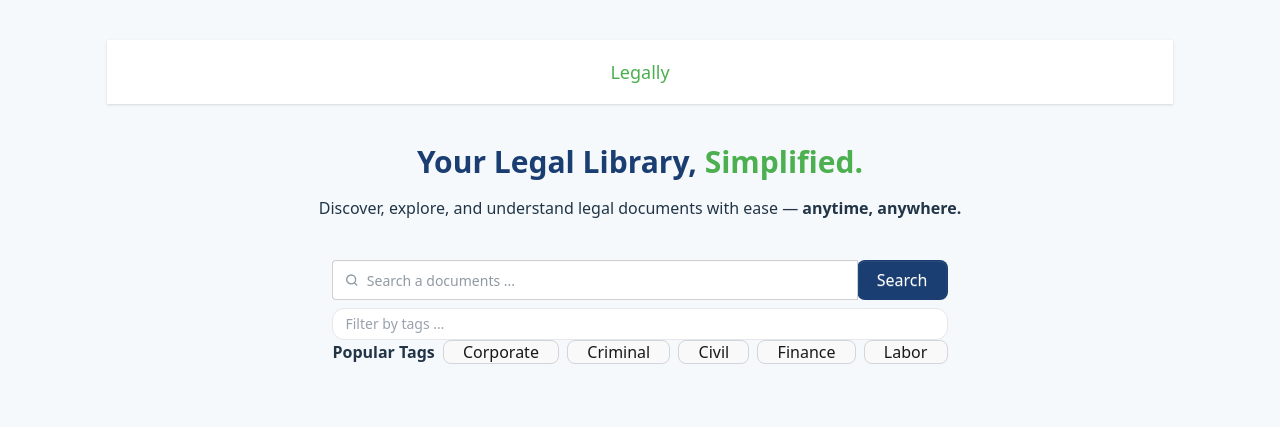
Repository: OdinPie/legal-search-acmeai
Page: / (app in legal-frontend/)
An editor plug-in stored every save of this project. The page is shown before and after a run of saves, followed by the edit.
The browser window is 1280 px wide. The pictures show the whole page.
The project was rebuilt for these pictures with package versions that can differ from the ones it lists, and the page was loaded fresh each time. Also part of the build but not shown: legal-frontend/vite.config.js.

Above is the page before, as saved 2025-11-05 23:55:33.

### legal-frontend/index.html
<!doctype html>
<html lang="en">
  <head>
    <meta charset="UTF-8" />
    <link rel="icon" type="image/svg+xml" href="/vite.svg" />
    <meta name="viewport" content="width=device-width, initial-scale=1.0" />
    <title>legal-frontend</title>
  </head>
  <body>
    <div id="root"></div>
    <script type="module" src="/src/main.jsx"></script>
  </body>
</html>

### legal-frontend/src/App.jsx
import './App.css'
import Home from './pages/Home'

function App() {

  return (
    <>
      <Home></Home>
    </>
  )
}

export default App

### legal-frontend/src/App.css
@import "tailwindcss";

@plugin "daisyui";

### legal-frontend/src/pages/Home.jsx
import React from 'react';
import SearchSection from '../components/SearchSection';
import Navbar from '../components/Navbar';
import Banner from '../components/Banner';
const Home = () => {
    return (
        <div className='bg-[#F6F9FC] min-h-screen min-w-screen'>
            <Navbar></Navbar>
            <Banner></Banner>
            {/* <SearchSection></SearchSection> */}
            {/* Your Legal Library, Simplified.
                Discover, explore, and understand legal documents with ease — anytime, anywhere. */}
        </div>
    );
};

export default Home;

### legal-frontend/src/components/SearchSection.jsx
import { useState } from "react";
import TagBar from "./TagBar";

export default function SearchSection() {

  const [query, setQuery] = useState("");
  const [keywords, setKeywords] = useState([]);

  return (
    <div className="my-10">
      <div className="join w-full max-w-2xl mx-auto">
    <label className="input validator join-item flex-1 min-w-0">
      <svg className="h-[1em] opacity-50" xmlns="http://www.w3.org/2000/svg" viewBox="0 0 24 24">
    <g
      strokeLinejoin="round"
      strokeLinecap="round"
      strokeWidth="2.5"
      fill="none"
      stroke="currentColor"
    >
      <circle cx="11" cy="11" r="8"></circle>
      <path d="m21 21-4.3-4.3"></path>
    </g>
  </svg>
      <input className="grow" type="text" placeholder="Search a documents ..." required />
    </label>

  <button className="btn join-item !bg-[#1A3E72] !text-white" >Search</button>
</div>
    <TagBar value={keywords} onChange={setKeywords} />
    </div>
  );
}

### legal-frontend/src/components/Navbar.jsx
export default function Navbar() {

  return (
    <div className="flex justify-center sticky top-10 ">
        <div className="navbar bg-base-100 shadow-sm sticky z-10 w-10/12">
    <div className="flex justify-center w-full">
        <a className="btn btn-ghost text-lg !text-[#4CAF50]">Legally</a>
    </div>
    </div>
    </div>
  );
}

### legal-frontend/src/components/Banner.jsx
import React from 'react';
import SearchSection from './SearchSection';

const Banner = () => {
    return (
        <div>
            <div className='flex flex-col items-center justify-center text-center mt-20'>
                {/*Banner writings here  */}
                <h1 className='!text-3xl font-bold text-[#1A3E72]'>Your Legal Library, <span className='text-[#4CAF50]'>Simplified.</span></h1>
                <p className='mt-4'>Discover, explore, and understand legal documents with ease — <span className='font-bold'>anytime, anywhere.</span></p>
                <SearchSection></SearchSection>
            </div>
        </div>
    );
};

export default Banner;

### legal-frontend/src/components/TagBar.jsx
import { useState, useRef } from "react";

const maxTags = 5;
 const suggetions = ["Corporate", "Criminal", "Civil", "Finance", "Labor"];

export default function TagBar({ value = [], onChange }) {
  const [input, setInput] = useState("");

  const addTag = (raw) => {
    const tag = raw.trim();
    if (!tag) return;
    const norm = tag.toLowerCase();
    const has = value.some(t => t.toLowerCase() === norm);
    if (has || value.length >= maxTags) return;  // if it already exists in the tag list or tag list already filled up? --> return
    onChange([...value, tag]);
    setInput("");
  };

  const removeTag = (tag) => {
    onChange(value.filter(t => t !== tag))
  };

  const handleKeyDown = (e) => {
    if (["Enter", ","," "].includes(e.key)) {
      e.preventDefault();
      addTag(input);
        }  else if (e.key === "Backspace" && !input && value.length) {
      removeTag(value[value.length - 1]);  // remove the last node
       }
  };

  const atLimit = value.length >= maxTags;

  return (
    <div className="my-2">
      <div
        className="flex items-center gap-2 overflow-clip no-scrollbar h-8 w-full rounded-xl border border-gray-200 bg-white px-3"
      >
        {value.map(tag => (
          <span
            key={tag}
            className="flex items-center gap-1 rounded-full bg-blue-50 text-blue-800 border border-blue-200 badge !text-sm">
              {tag}
            <button
              onClick={() => removeTag(tag)}
              className="size-1 flex justify-center items-center rounded-full hover:!bg-red-100"
            >
              ✕
            </button>
          </span>
        ))}

        <input
          value={input}
          onChange={(e) => setInput(e.target.value)}
          onKeyDown={handleKeyDown}
          disabled={atLimit}
          placeholder={atLimit ? "Max tags reached" : "Filter by tags …"}
          className="min-w-[8ch] flex-1 bg-transparent outline-none text-sm placeholder-gray-400"
        />
      </div>

      <div>
        <div className="flex justify-center gap-2">
        <p className="font-bold">Popular Tags</p>
        {suggetions.map(s => {
          const taken = value.some(t => t.toLowerCase() === s.toLowerCase());
          return (
            <button
              key={s}
              disabled={taken || atLimit}
              onClick={() => addTag(s)}
              className={`btn btn-xs text-sm
                ${taken ? "!border-gray-200 !text-gray-400 !cursor-not-allowed"
                        : "!border-gray-300 hover:!bg-blue-50 hover:!border-blue-400"}`}
            >
              {s}
            </button>
          );
        })}
      </div>
      </div>
    </div>
  );
}

Loaded but not shown: legal-frontend/src/main.jsx (common file); legal-frontend/src/index.css (common file)

After the next 3 saves:
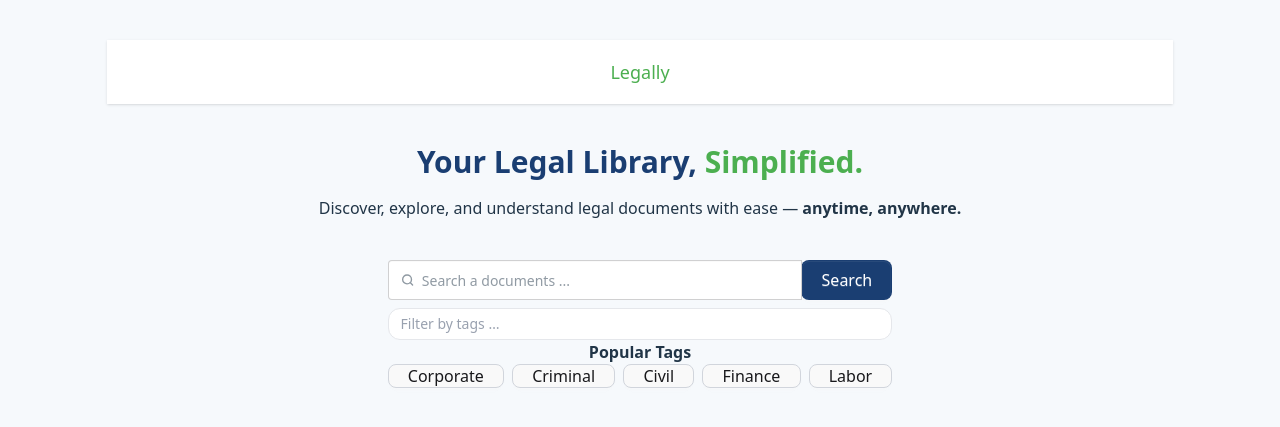
The 3 saves are shown as one change because they came seconds apart.
The last was saved 8 s later.
--- a/legal-frontend/src/components/TagBar.jsx
+++ b/legal-frontend/src/components/TagBar.jsx
@@ -61,8 +61,8 @@ export default function TagBar({ value = [], onChange }) {
       </div>
 
       <div>
+        <p className="font-bold">Popular Tags</p>
         <div className="flex justify-center gap-2">
-        <p className="font-bold">Popular Tags</p>
         {suggetions.map(s => {
           const taken = value.some(t => t.toLowerCase() === s.toLowerCase());
           return (
